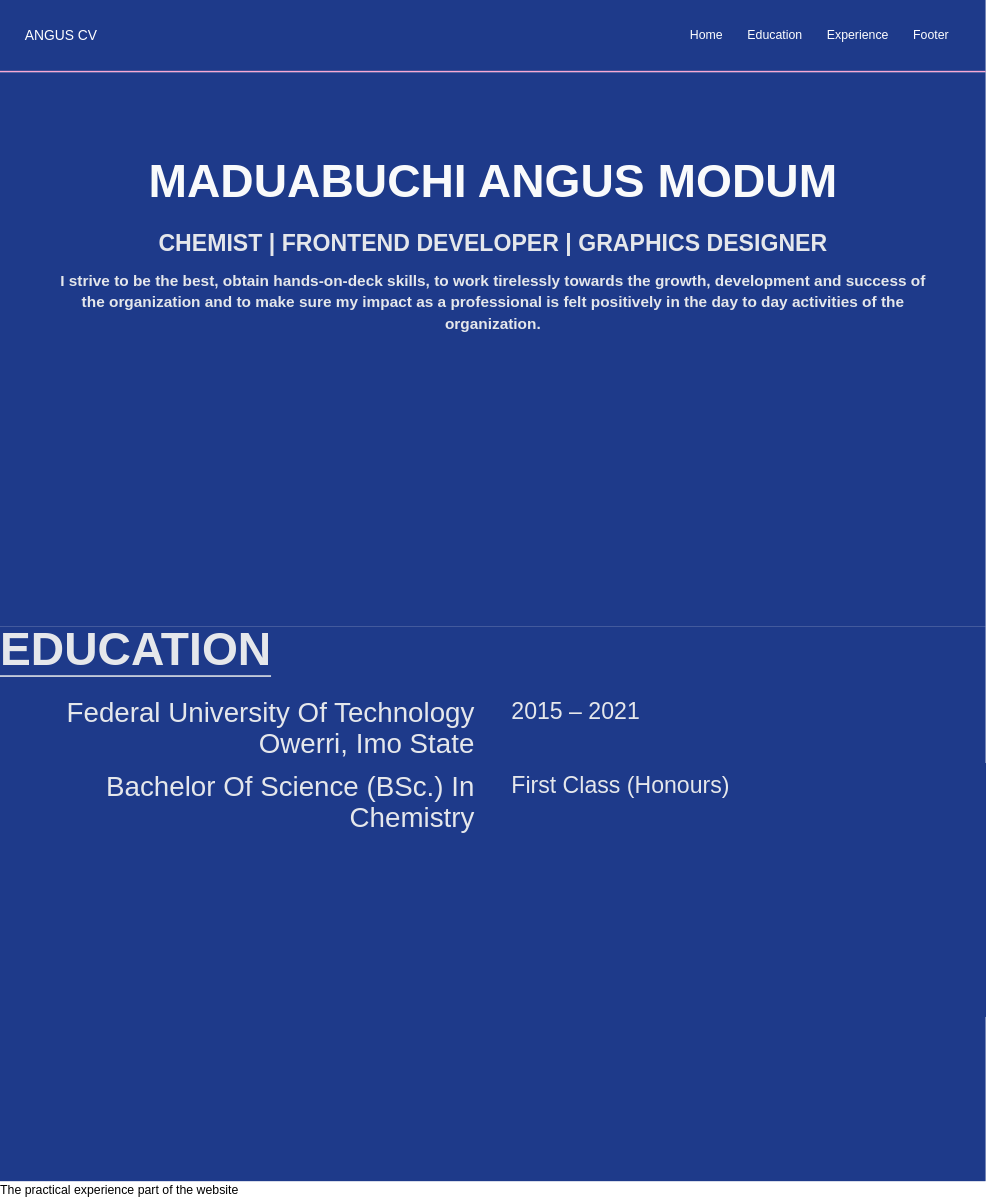
Repository: AngusOnyebuchi/AngusOnyebuchi.github.io
Page: /
The author's editor kept a copy of each file at every save. The page is drawn from the files as they stood at one save, then again after the next save.
The browser window is 1280 px wide. The pictures show the whole page, at 77% of full size.
The project was rebuilt for these pictures with package versions that can differ from the ones it lists, and the page was loaded fresh each time.

Above is the page before, as saved 2022-04-17 19:48:55.

After the next save:
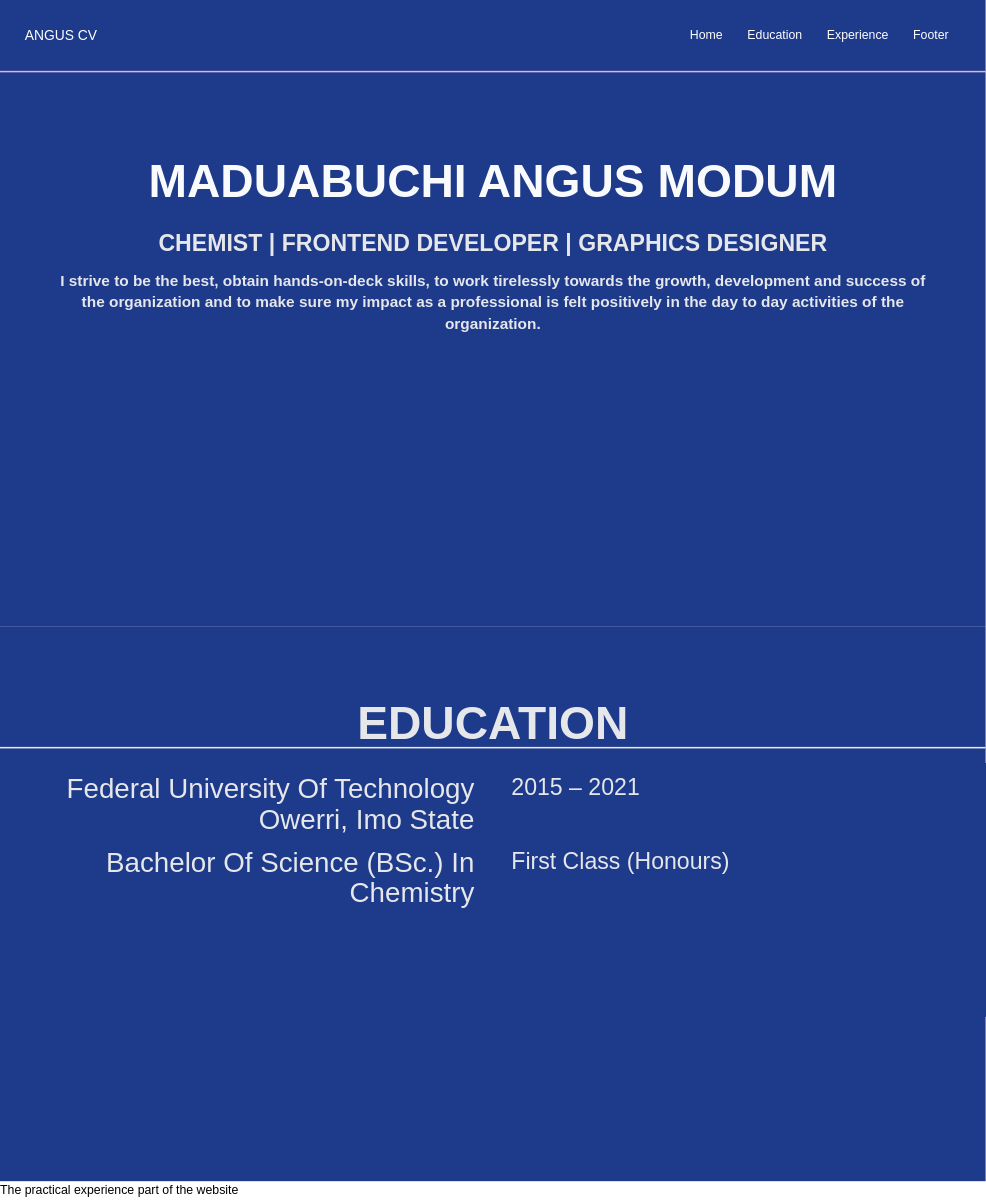
Saved 56 s later.
--- a/src/components/Education.js
+++ b/src/components/Education.js
@@ -3,7 +3,7 @@ import React from "react";
 export default function Education() {
     return(
         <div className="bg-blue-900 w-full h-screen text-gray-200">
-            <h1 className="text-4xl md:text-6xl font-bold uppercase pt-24 text-center ml-30 text-gray-200 inline border-b-2">Education</h1>
+            <h1 className="text-4xl md:text-6xl font-bold uppercase pt-24 text-center ml-30 text-gray-200  border-b-2">Education</h1>
             <div className="grid grid-cols-2 gap-12 mx-16 pt-8 ">
                 <h3 className="capitalize text-xl md:text-4xl text-right">Federal university of technology owerri, Imo state</h3>
                 <h4 className="text-lg md:text-3xl ">2015 – 2021</h4>
